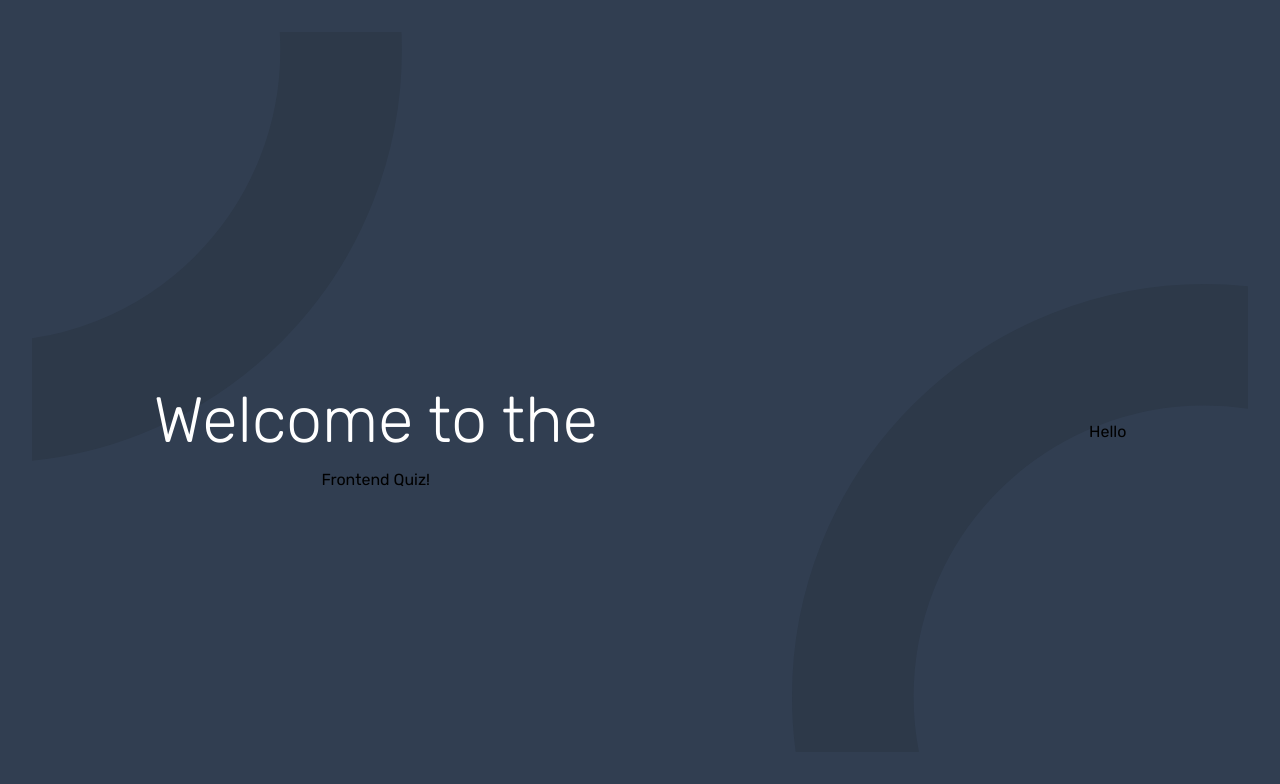
Repository: Shenixo/QuizApp
Page: /
An editor plug-in stored every save of this project. The page is shown before and after the next save, followed by the edit.
The browser window is 1280 px wide. The pictures show the whole page.
The project was rebuilt for these pictures with package versions that can differ from the ones it lists, and the page was loaded fresh each time. Also part of the build but not shown: vite.config.js, src/Components/Navbar/Navbar.jsx.

Above is the page before, as saved 2025-03-31 11:03:50.

After the next save:
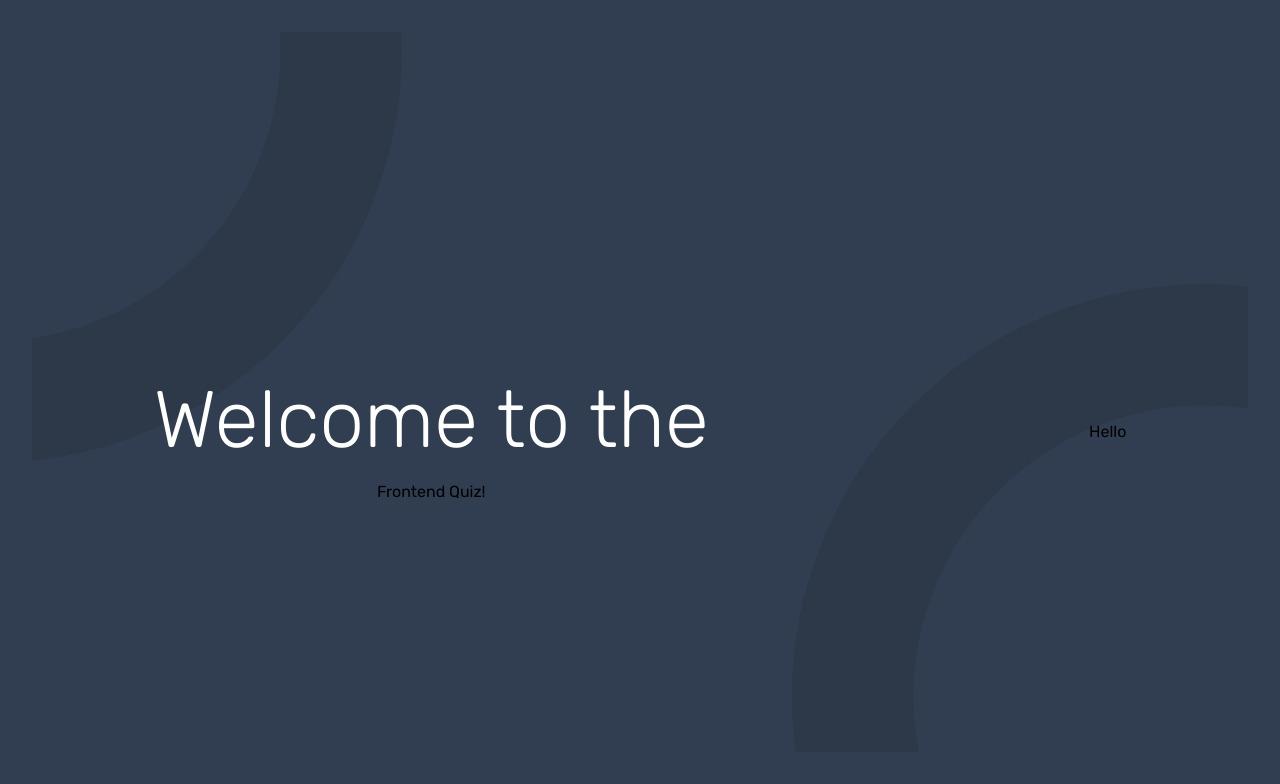
Saved 4 s later.
--- a/src/Components/Home/Home.jsx
+++ b/src/Components/Home/Home.jsx
@@ -6,7 +6,7 @@ const Home = () => {
     <div className="w-[80%] mx-auto placeholder-stone-200 pt-20 flex items-center justify-center h-[100vh]">
       <div className="flex items-center justify-between w-full">
       <div>
-        <h1 className="text-white font-thin text-[4rem]">Welcome to the</h1>
+        <h1 className="text-white font-thin text-[5rem]">Welcome to the</h1>
         <h1>Frontend Quiz!</h1>
       </div>
         <div>
